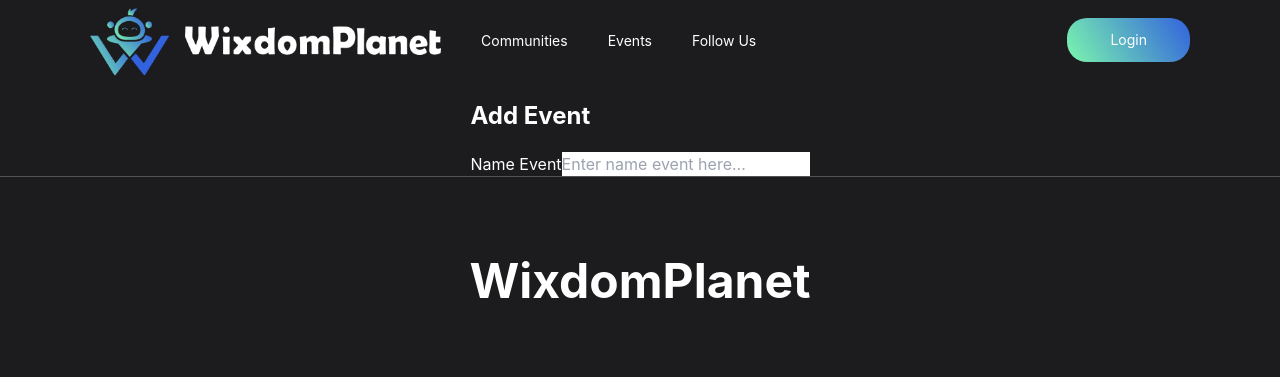
Repository: haudnn/WixdomPlanet-demo
Page: /add
An editor plug-in stored every save of this project. The page is shown before and after the next save, followed by the edit.
The browser window is 1280 px wide. The pictures show the whole page.
The project was rebuilt for these pictures with package versions that can differ from the ones it lists, and the page was loaded fresh each time. Also part of the build but not shown: vite.config.js, src/App.css, src/features/Event/components/EventItem.jsx, src/features/Event/page/Event.jsx, src/features/Home.jsx.

Above is the page before, as saved 2023-02-03 11:51:46.

### src/App.jsx
import "./App.css";
import { BrowserRouter } from "react-router-dom";
import Header from "./components/Layout/Header";
import RoutesConfig from "./config/RoutesConfig";
import Footer from "./components/Layout/Footer";
function App() {
  return (
    <div className="App bg-[#1c1c1e] min-h-screen">
      <BrowserRouter>
        <Header />
        <RoutesConfig/>
        <Footer/>
      </BrowserRouter>
    </div>
  );
}

export default App;

### src/index.css
@tailwind base;
@tailwind components;
@tailwind utilities;

:root {
  font-family: Inter, system-ui, Avenir, Helvetica, Arial, sans-serif;
}

### src/components/Layout/Header.jsx
import React from 'react'
import { Link } from 'react-router-dom'
import logo from "../../assets/imgs/logo.png"
const Header = () => {
  return (
    <header className='h-[80px]'>
        <div className='max-w-[1140px] my-0 mx-auto h-full px-5'>
            <div className='flex items-center justify-between h-full'>
                <div className='flex items-center gap-x-10'>
                    <div className='h-[80px]'>
                        <Link to="/">
                            <img src={logo} alt="Logo" className='w-full h-full object-cover' />
                        </Link>
                    </div>
                    <ul className='flex items-center gap-x-10'>
                        <li>
                            <Link className='text-sm text-white' to="/communities">Communities</Link>
                        </li>
                        <li>
                            <Link className='text-sm text-white' to="/events">Events</Link>
                        </li>
                        <li>
                            <Link className='text-sm text-white' to="/follow">Follow Us</Link>
                        </li>
                    </ul>
                </div>
                <button style={{background: "linear-gradient(239deg,#3262dd,#7af4ae 98.78%)"}} className='text-sm text-white rounded-[20px] py-3 px-[43px]'>
                    <Link to="/login">Login</Link>
                </button>
            </div>
        </div>
    </header>
  )
}

export default Header

### src/config/RoutesConfig.jsx
import { Routes, Route } from 'react-router-dom';
import routes from '../constants/routes';
function RoutesConfig() {
  return (
    <Routes>
      {routes.map(({ path, component }) => (
        <Route key={path} path={path} element={component} />
      ))}
    </Routes>
  );
}
export default RoutesConfig;

### src/components/Layout/Footer.jsx
import React from 'react'

const Footer = () => {
  return (
    <footer className='border-t border-solid border-[#525252]'>
        <div className='max-w-[1140px] my-0 mx-auto px-5'>
            <div className="pt-[80px] pb-[48px] text-center text-white text-5xl font-bold">
               WixdomPlanet
            </div>
        </div>
    </footer>
  )
}

export default Footer

### src/constants/routes.jsx
import AddEvent from "../features/Event/page/AddEvent";
import Home from "../features/Home";

const routes = [
    {
      path: '/',
      component: <Home/>,
    },
    {
        path: '/add',
        component: <AddEvent/>,
      },
]
export default routes;

### src/features/Event/page/AddEvent.jsx
import React from "react";

const AddEvent = () => {
  return (
    <section className="add flex items-center justify-center mt-5">
      <div>
        <p className="font-bold text-2xl text-white">Add Event</p>
        <div className="form mt-5">
          <form action="">
            <div>
              <label htmlFor="" className="text-white text-base">Name Event</label>
              <input type="text" placeholder="Enter name event here..."  />
            </div>
          </form>
        </div>
      </div>
    </section>
  );
};

export default AddEvent;

Loaded but not shown: index.html (common file); src/main.jsx (common file); tailwind.config.cjs (common file)

After the next save:
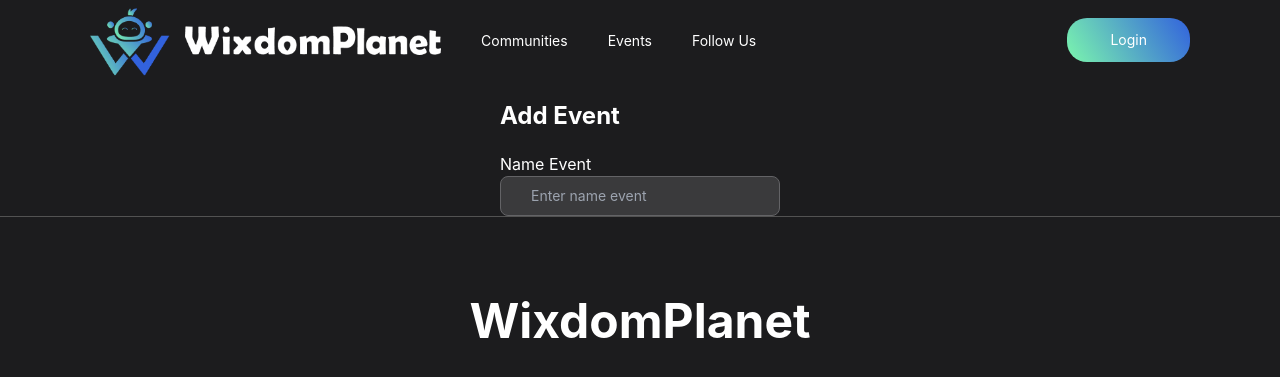
Saved 16 s later.
--- a/src/features/Event/page/AddEvent.jsx
+++ b/src/features/Event/page/AddEvent.jsx
@@ -8,8 +8,16 @@ const AddEvent = () => {
         <div className="form mt-5">
           <form action="">
             <div>
-              <label htmlFor="" className="text-white text-base">Name Event</label>
-              <input type="text" placeholder="Enter name event here..."  />
+              <label htmlFor="" className="text-white text-base">
+                Name Event
+              </label>
+              <div className="w-[280px]">
+                <input
+                  type="text"
+                  placeholder="Enter name event"
+                  className="text-sm pl-[30px] pr-[15px] h-10 leading-10 border border-solid border-[#636366] inline-block w-full bg-[#3a3a3c] rounded-lg text-white"
+                />
+              </div>
             </div>
           </form>
         </div>
